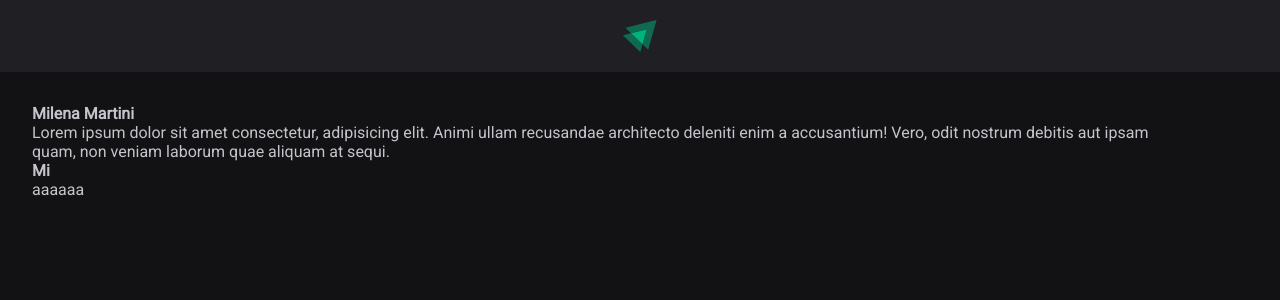
Repository: MilenaMartini/IgniteRckReactJs
Page: /
An editor plug-in stored every save of this project. The page is shown before and after the next save, followed by the edit.
The browser window is 1280 px wide. The pictures show the whole page.
The project was rebuilt for these pictures with package versions that can differ from the ones it lists, and the page was loaded fresh each time. Also part of the build but not shown: vite.config.js.

Above is the page before, as saved 2023-04-14 16:42:12.

After the next save:
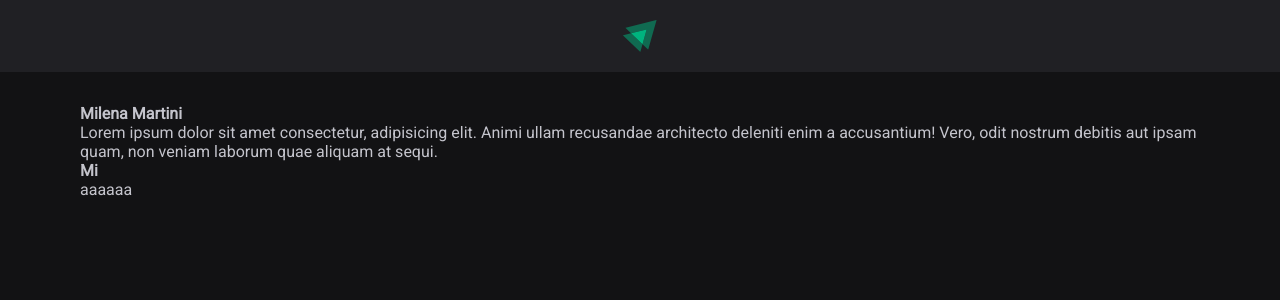
Saved 9 s later.
--- a/src/App.module.css
+++ b/src/App.module.css
@@ -1,4 +1,4 @@
 .wrapper {
   max-width: 70rem;
-  margin: 2rem;
+  margin: 2rem auto;
 }
